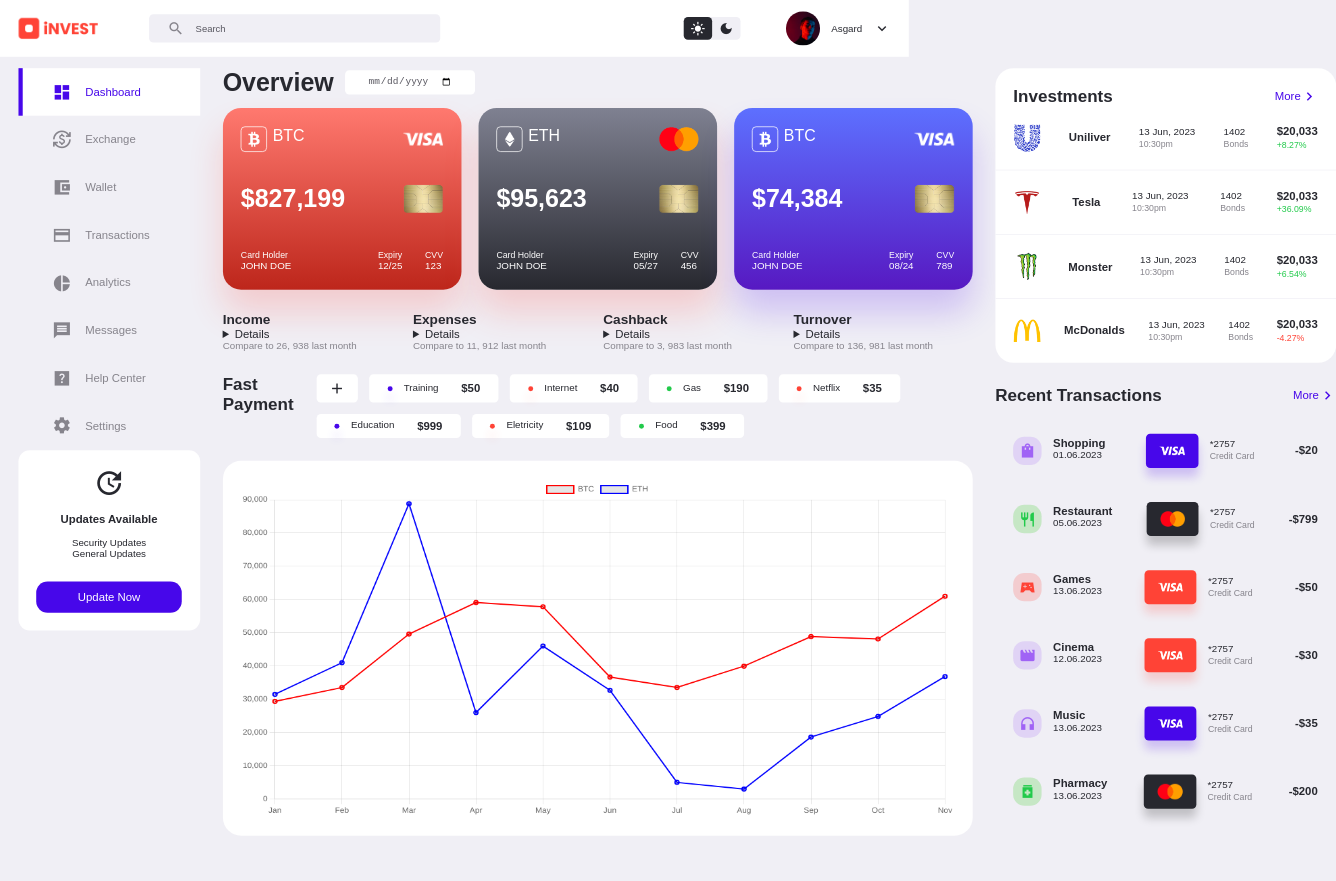
Repository: eziocdl/Admin_Dash
Page: index.html
The author's editor kept a copy of each file at every save. The page is drawn from the files as they stood at one save, then again after the next save.
The browser window is 1280 px wide. The page is 1882 px wide, so the pictures cover 1882 px, including what lies to the right of the window. The pictures show the whole page, at 71% of full size.
Some web libraries are served in a nearby version.

Above is the page before, as saved 2023-06-15 23:38:22.

### index.html
<!DOCTYPE html>
<html lang="pt-BR">
<head>
    <meta charset="UTF-8">
    <meta http-equiv="X-UA-Compatible" content="IE=edge">
    <meta name="viewport" content="width=device-width, initial-scale=1.0">
    <title>DashBoard Responsiva</title>
    <!--MATERIAL ICONS CDN-->
    <link href="https://fonts.googleapis.com/icon?family=Material+Icons+Sharp" rel="stylesheet">
    <!--GOOGLE FONTES (POPPINS)-->
    <link rel="preconnect" href="https://fonts.googleapis.com">
<link rel="preconnect" href="https://fonts.gstatic.com" crossorigin>
<link href="https://fonts.googleapis.com/css2?family=Poppins:wght@300;400;500;600;700&display=swap"
   rel="stylesheet">
    <!--STYLESHEET-->
<link rel="stylesheet" href="style.css">
</head>
<body>
    <!--NAVEGACAO-->
    <nav>
        <div class="container">
            <img src="./images/logo.png" class="logo">
            <div class="search-bar">
                <span class="material-icons-sharp">search</span>
                <input type="search" placeholder="Search">
            </div>
            <div class="profile-area">
                <div class="theme-btn">
                    <span class="material-icons-sharp
                     active">light_mode</span>
                    <span class="material-icons-sharp">dark_mode</span>
                </div>
                <div class="profile">
                    <div class="profile-photo">
                        <img src="./images/profile-1.jpg">
                    </div>
                    <h5>Asgard</h5>
                    <span class="material-icons-sharp">expand_more</span>
                </div>
                <button id="menu-btn">
                    <span class="material-icons-sharp">menu</span>
                </button>
            </div>
        </div>
    </nav>
    <!--FINAL DA NAVEGACAO-->

    <main>
        <aside>
            <button id="close-btn">
                <span class="material-icons-sharp">close</span>

            </button>

            <div class="sidebar">
                <a href="#" class="active">
                    <span class="material-icons-sharp">dashboard</span>
                    <h4>Dashboard</h4>
                </a>

                <a href="#">
                    <span class="material-icons-sharp">currency_exchange</span>
                    <h4>Exchange</h4>
                </a>

                <a href="#">
                    <span class="material-icons-sharp">account_balance_wallet</span>
                    <h4>Wallet</h4>
                </a>

                <a href="#">
                    <span class="material-icons-sharp">payment</span>
                    <h4>Transactions</h4>
                </a>

                <a href="#">
                    <span class="material-icons-sharp">pie_chart</span>
                    <h4>Analytics</h4>
                </a>

                <a href="#">
                    <span class="material-icons-sharp">message</span>
                    <h4>Messages</h4>
                </a>

                <a href="#">
                    <span class="material-icons-sharp">help_center</span>
                    <h4>Help Center</h4>
                </a>

                <a href="#">
                    <span class="material-icons-sharp">settings</span>
                    <h4>Settings</h4>
                </a>
            </div>
            <!------------------FINAL DO SIDEBAR------------------------------------------------>
            <div class="updates">
                <span class="material-icons-sharp">update</span>
                    <h4>Updates Available</h4>
                    <p>Security Updates</p>
                    <p>General Updates</p>
                    <a href="#">Update Now</a>
            </div>
        </aside>
        <!--FINAL DO ASIDE-->

        <section class="middle">
            <div class="header">
                <h1>Overview</h1>
                <input type="date">
            </div>

            <div class="cards">
                <div class="card">
                    <div class="top">
                        <div class="left">
                            <img src="./images/BTC.png">
                            <h2>BTC</h2>
                        </div>
                        <img src="./images/visa.png" class="right">
                    </div>

                    <div class="middle">
                             <h1>$827,199</h1>
                             <div class="chip">
                               <img src="./images/card chip.png">
                            </div>
                    </div>

                    <div class="bottom">
                        <div class="left">
                           <small>Card Holder</small>
                           <h5>JOHN DOE</h5>
                        </div>

                        <div class="right">
                            <div class="expiry">
                                <small>Expiry</small>
                                <h5>12/25</h5>
                            </div>
                            <div class="cvv">
                                <small>CVV</small>
                                <h5>123</h5>
                            </div>
                        </div>
                    </div>
                </div>
                <!-------------------FINAL DO CARTAO------------------------------------------------->
                <div class="card">
                    <div class="top">
                        <div class="left">
                            <img src="./images/ETH.png">
                            <h2>ETH</h2>
                        </div>
                        <img src="./images/master card.png" class="right">
                    </div>

                    <div class="middle">
                        <h1>$95,623</h1>
                        <div class="chip">
                            <img src="./images/card chip.png">
                        </div>
                    </div>

                    <div class="bottom">
                        <div class="left">
                           <small>Card Holder</small>
                           <h5>JOHN DOE</h5>
                        </div>

                        <div class="right">
                            <div class="expiry">
                                <small>Expiry</small>
                                <h5>05/27</h5>
                            </div>
                            <div class="cvv">
                                <small>CVV</small>
                                <h5>456</h5>
                            </div>
                        </div>
                    </div>
                </div>
                <!-------------------FINAL DO CARTAO 1------------------------------------------------->

                <div class="card">
                    <div class="top">
                        <div class="left">
                            <img src="./images/BTC.png">
                            <h2>BTC</h2>
                        </div>
                     <img src="./images/visa.png" class="right">
                    </div>

                    <div class="middle">
                        <h1>$74,384</h1>
                        <div class="chip">
                            <img src="./images/card chip.png">
                        </div>

                    </div>

                    <div class="bottom">
                        <div class="left">
                           <small>Card Holder</small>
                           <h5>JOHN DOE</h5>
                        </div>

                        <div class="right">
                            <div class="expiry">
                                <small>Expiry</small>
                                <h5>08/24</h5>
                            </div>
                            <div class="cvv">
                                <small>CVV</small>
                                <h5>789</h5>
                            </div>
                        </div>
                    </div>
                </div>
                <!-------------------FINAL DO CARTAO 2------------------------------------------------->
            </div>

            <!-------------------FINAL DOS CARDS-------------------------------------------------->
            <div class="monthly-report">
                <div class="report">
                     <h3>Income</h3>
                     <div>
                        <details>
                            <h1>29,023</h1>
                            <h6 class="success">+3.5%</h6>
                        </details>
                        <p class="text-muted">Compare to 26,
                        938 last month</p>
                     </div>
                </div>
               <!-- END OF INCOME REPORT--->
                <div class="report">
                    <h3>Expenses</h3>
                    <div>
                       <details>
                           <h1>9,005</h1>
                           <h6 class="danger">-6.5%</h6>
                       </details>
                       <p class="text-muted">Compare to 11,
                       912 last month</p>
                    </div>
               </div>
               <!-- END OF EXPENSES REPORT --->
               <div class="report">
                     <h3>Cashback</h3>
                     <div>
                        <details>
                            <h1>4,7004</h1>
                            <h6 class="success">+7.5%</h6>
                        </details>
                        <p class="text-muted">Compare to 3,
                        983 last month</p>
                     </div>
                </div>
                <!-- END OF CASHBACK REPORT --->
                <div class="report">
                     <h3>Turnover</h3>
                     <div>
                        <details>
                            <h1>118,900</h1>
                            <h6 class="danger">+17.8%</h6>
                        </details>
                        <p class="text-muted">Compare to 136,
                        981 last month</p>
                     </div>
                </div>
                <!-- END OF TURNOVER REPORT --->
            </div>

            <!--END OF MONTLY REPORT-->
            <div class="fast-payment">
                 <h2>Fast Payment</h2>
                 <div class="badges">
                      <div class="badge">
                        <span class="material-icons-sharp">
                        add</span>
                      </div>
                      <div class="badge">
                           <span class="bg-primary"></span>
                           <div>
                              <h5>Training</h5>
                              <h4>$50</h4>
                           </div>
                      </div>
                       <div class="badge">
                           <span class="bg-danger"></span>
                           <div>
                              <h5>Internet</h5>
                              <h4>$40</h4>
                           </div>
                      </div>
                      <div class="badge">
                           <span class="bg-success"></span>
                           <div>
                              <h5>Gas</h5>
                              <h4>$190</h4>
                           </div>
                      </div>
                      <div class="badge">
                           <span class="bg-danger"></span>
                           <div>
                              <h5>Netflix</h5>
                              <h4>$35</h4>
                           </div>
                      </div>
                      <div class="badge">
                           <span class="bg-primary"></span>
                           <div>
                              <h5>Education</h5>
                              <h4>$999</h4>
                           </div>
                      </div>
                      <div class="badge">
                           <span class="bg-danger"></span>
                           <div>
                              <h5>Eletricity</h5>
                              <h4>$109</h4>
                           </div>
                      </div>
                      <div class="badge">
                           <span class="bg-success"></span>
                           <div>
                              <h5>Food</h5>
                              <h4>$399</h4>
                           </div>
                      </div>
                </div>
            </div>

            <!--END OF PAYMENT---------------->

            <canvas id="chart"></canvas>

        </section>
        <!--FINAL DO MIDDLE-->
        <section class="right">
            <div class="investments">
                <div class="header">
                    <h2>Investments</h2>
                    <a href="#">More <span class="material-icons-sharp">
                        chevron_right</span></a>
                </div>

                <div class="investment">
                        <img src="./images/uniliver.png">
                        <h4>Uniliver</h4>
                        <div class="date-time">
                          <p>13 Jun, 2023</p>
                          <small class="text-muted">10:30pm</small>
                        </div>
                        <div class="bonds">
                              <p>1402</p>
                              <small class="text-muted">Bonds</small>
                        </div>
                        <div class="amount">
                              <h4>$20,033</h4>
                              <small class="success">+8.27%</small>
                        </div>
                    </div>
                    <!--END OF INVESTIMENT-->
                    <div class="investment">
                        <img src="./images/tesla.png">
                        <h4>Tesla</h4>
                        <div class="date-time">
                            <p>13 Jun, 2023</p>
                            <small class="text-muted">10:30pm</small>
                        </div>
                        <div class="bonds">
                              <p>1402</p>
                              <small class="text-muted">Bonds</small>
                        </div>
                        <div class="amount">
                              <h4>$20,033</h4>
                              <small class="success">+36.09%</small>
                        </div>
                    </div>
                    <!--END OF INVESTIMENT-->
                    <div class="investment">
                            <img src="./images/monster.png">
                            <h4>Monster</h4>
                            <div class="date-time">
                              <p>13 Jun, 2023</p>
                              <small class="text-muted">10:30pm</small>
                            </div>
                            <div class="bonds">
                              <p>1402</p>
                              <small class="text-muted">Bonds</small>
                            </div>
                            <div class="amount">
                              <h4>$20,033</h4>
                              <small class="success">+6.54%</small>
                            </div>
                    </div>
                    <!--END OF INVESTIMENT-->
                    <div class="investment">
                        <img src="./images/mcdonalds.png">
                        <h4>McDonalds</h4>
                        <div class="date-time">
                          <p>13 Jun, 2023</p>
                          <small class="text-muted">10:30pm</small>
                        </div>
                        <div class="bonds">
                              <p>1402</p>
                              <small class="text-muted">Bonds</small>
                        </div>
                        <div class="amount">
                              <h4>$20,033</h4>
                              <small class="danger">-4.27%</small>
                        </div>
                    </div>
                    <!--END OF INVESTIMENTS-->
                 </div>
            </div>
            <!--END OF INVESTIMENTS-->

            <div class="recent-transactions">
                <div class="header">
                    <h2>Recent Transactions</h2>
                    <a href="#">More <span class="material-icons-sharp">chevron_right</span></a>
                </div>

                <div class="transaction">
                    <div class="service">
                        <div class="icon bg-purple-light">
                            <span class="material-icons-sharp purple">shopping_bag</span>
                        </div>
                        <div class="details">
                            <h4>Shopping</h4>
                            <p>01.06.2023</p>
                        </div>
                    </div>
                    <div class="card-details">
                        <div class="card bg-primary">
                            <img src="./images/visa.png">
                        </div>
                        <div class="details">
                            <P>*2757</P>
                             <small class="text-muted">Credit Card</small>
                        </div>
                    </div>
                    <h4>-$20</h4>
                </div>
                <!--END OF RECENT TRANSACTION-->
                <div class="transaction">
                    <div class="service">
                        <div class="icon bg-success-light">
                            <span class="material-icons-sharp success">restaurant</span>
                        </div>
                        <div class="details">
                            <h4>Restaurant</h4>
                            <p>05.06.2023</p>
                        </div>
                    </div>
                    <div class="card-details">
                        <div class="card bg-dark">
                            <img src="./images/master card.png">
                        </div>
                        <div class="details">
                            <P>*2757</P>
                             <small class="text-muted">Credit Card</small>
                        </div>
                    </div>
                    <h4>-$799</h4>
                </div>
                <!--END OF RECENT TRANSACTION-->
                <div class="transaction">
                    <div class="service">
                        <div class="icon bg-danger-light">
                            <span class="material-icons-sharp danger">sports_esports</span>
                        </div>
                        <div class="details">
                            <h4>Games</h4>
                            <p>13.06.2023</p>
                        </div>
                    </div>
                    <div class="card-details">
                        <div class="card bg-danger">
                            <img src="./images/visa.png">
                        </div>
                        <div class="details">
                            <P>*2757</P>
                             <small class="text-muted">Credit Card</small>
                        </div>
                    </div>
                    <h4>-$50</h4>
                </div>
                <!--END OF RECENT TRANSACTION-->
                <div class="transaction">
                    <div class="service">
                        <div class="icon bg-purple-light">
                            <span class="material-icons-sharp purple">movie</span>
                        </div>
                        <div class="details">
                            <h4>Cinema</h4>
                            <p>12.06.2023</p>
                        </div>
                    </div>
                    <div class="card-details">
                        <div class="card bg-danger">
                            <img src="./images/visa.png">
                        </div>
                        <div class="details">
                            <P>*2757</P>
                             <small class="text-muted">Credit Card</small>
                        </div>
                    </div>
                    <h4>-$30</h4>
                </div>
                <!--END OF RECENT TRANSACTION-->
                <div class="transaction">
                    <div class="service">
                        <div class="icon bg-purple-light">
                            <span class="material-icons-sharp purple">headphones</span>
                        </div>
                        <div class="details">
                            <h4>Music</h4>
                            <p>13.06.2023</p>
                        </div>
                    </div>
                    <div class="card-details">
                        <div class="card bg-primary">
                            <img src="./images/visa.png">
                        </div>
                        <div class="details">
                            <P>*2757</P>
                             <small class="text-muted">Credit Card</small>
                        </div>
                    </div>
                    <h4>-$35</h4>
                </div>
                <!--END OF RECENT TRANSACTION-->
                <div class="transaction">
                    <div class="service">
                        <div class="icon bg-success-light">
                            <span class="material-icons-sharp success">medication</span>
                        </div>
                        <div class="details">
                            <h4>Pharmacy</h4>
                            <p>13.06.2023</p>
                        </div>
                    </div>
                    <div class="card-details">
                        <div class="card bg-dark">
                            <img src="./images/master card.png">
                        </div>
                        <div class="details">
                            <P>*2757</P>
                             <small class="text-muted">Credit Card</small>
                        </div>
                    </div>
                    <h4>-$200</h4>
                </div>
                <!--END OF RECENT TRANSACTION-->
            </div>
            <!-------------------------------END OF RECENT OF TRANSATION------------------------------------------------------------------>
        </section>
         <!--FINAL DO MIDDLE-->
    </main>
    <!--===========================FINAL DO ASIDE======================================================-->

    <script src="https://cdnjs.cloudflare.com/ajax/libs/Chart.js/3.6.0/chart.min.js"
     integrity="sha512-GMGzUEevhWh8Tc/njS0bDpwgxdCJLQBWG3Z2Ct+JGOpVnEmjvNx6ts4v6A2XJf1HOrtOsfhv3hBKpK9kE5z8AQ=="
     crossorigin="anonymous" referrerpolicy="no-referrer">
    </script>

    <script src="./main.js"></script>
</body>
</html>

Loaded but not shown: main.js (57 lines, source omitted); style.css (742 lines, source omitted)

After the next save:
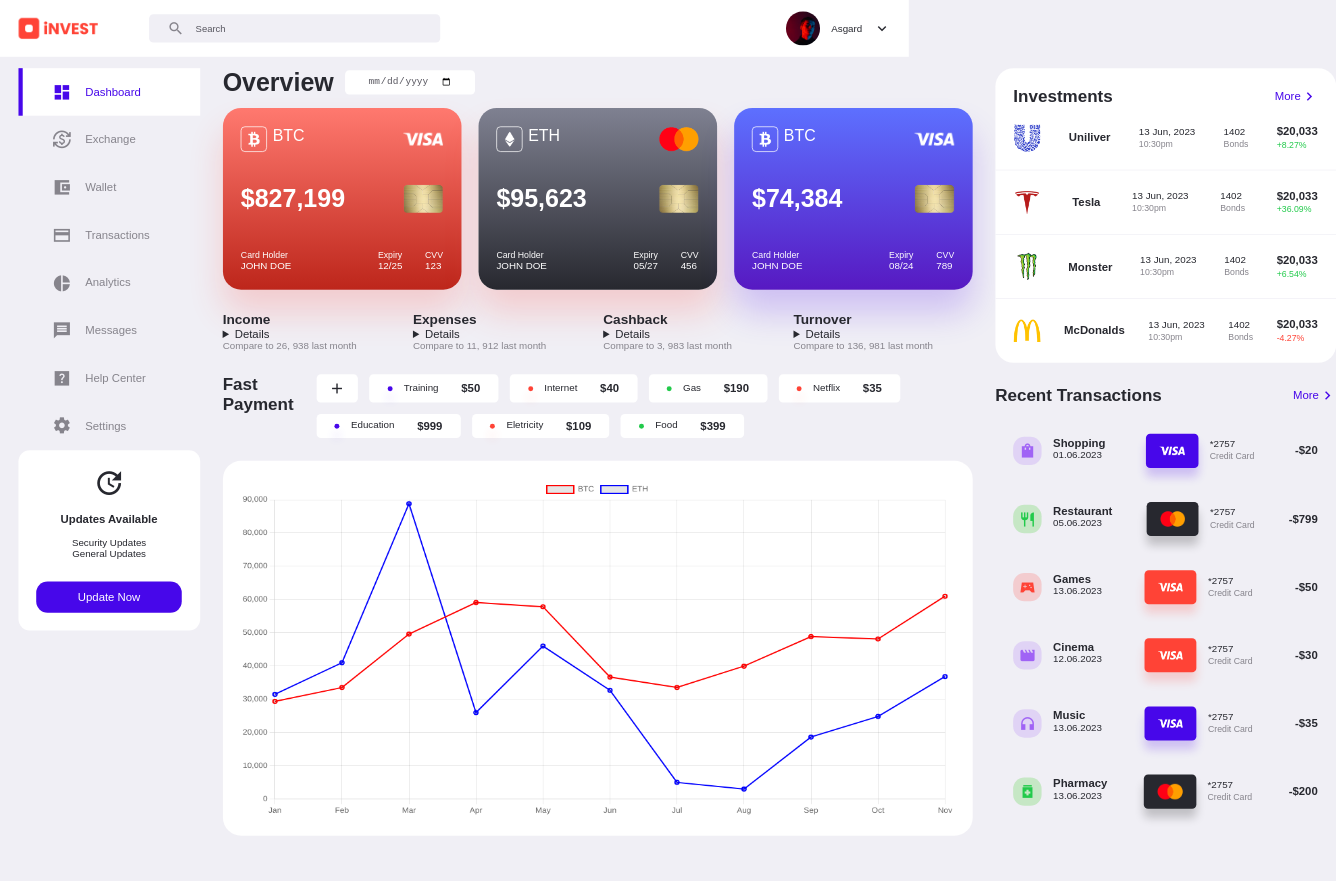
Console error: TypeError: Cannot read properties of null (reading 'addEventListener')
Saved 93 s later.
--- a/index.html
+++ b/index.html
@@ -25,11 +25,11 @@
                 <input type="search" placeholder="Search">
             </div>
             <div class="profile-area">
-                <div class="theme-btn">
+               <!--<div class="theme-btn">
                     <span class="material-icons-sharp
                      active">light_mode</span>
                     <span class="material-icons-sharp">dark_mode</span>
-                </div>
+                </div> -->
                 <div class="profile">
                     <div class="profile-photo">
                         <img src="./images/profile-1.jpg">
